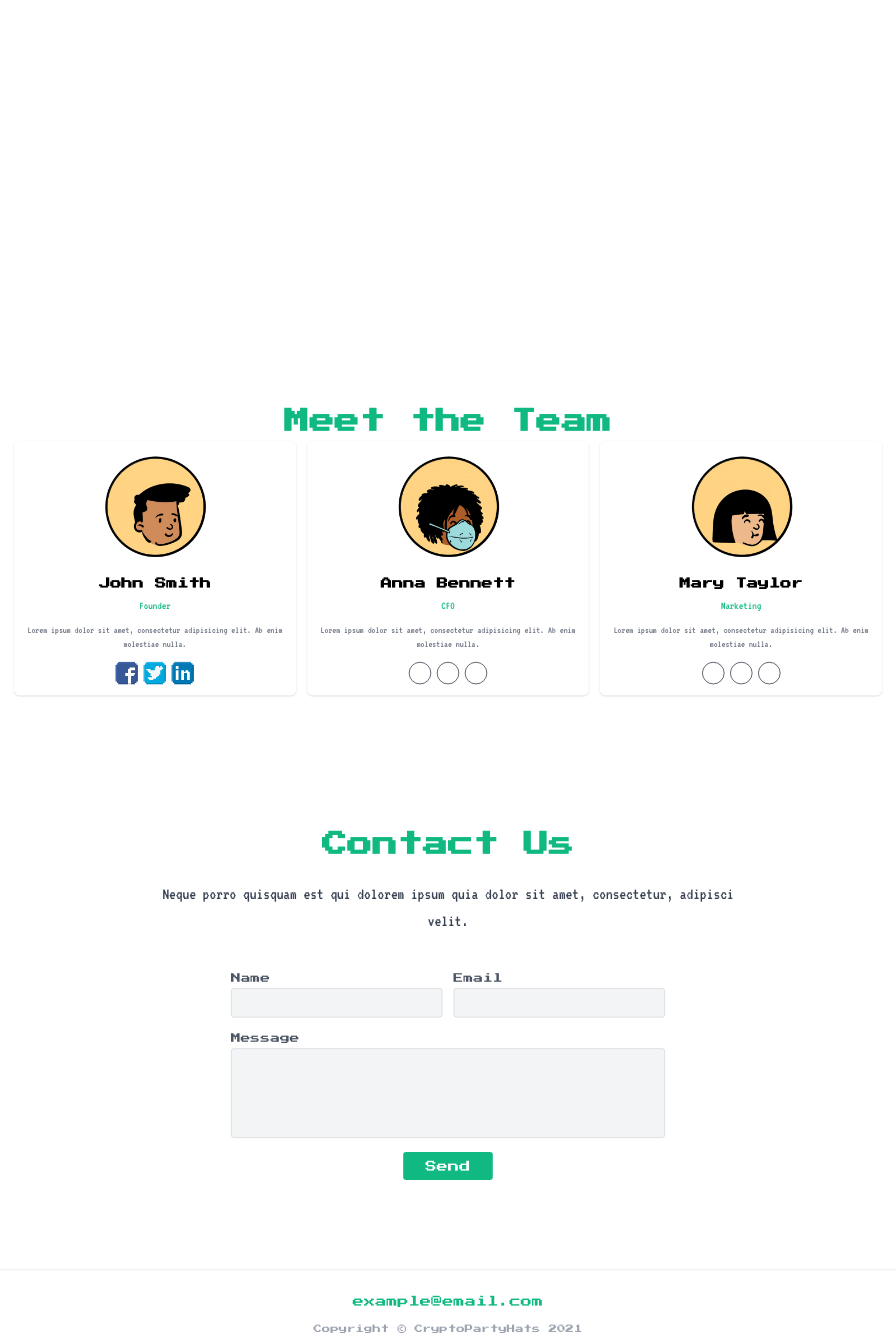
Repository: rhinorphan/phat-landing-page
Page: /
The author's editor kept a copy of each file at every save. The page is drawn from the files as they stood at one save, then again after the next save.
The browser window is 1280 px wide. The pictures show the part of the page from y = 2192 to 4112 px (the page is 4174 px tall), at 70% of full size.
Pictures or frames that could not be fetched are drawn as grey boxes. The project was rebuilt for these pictures with package versions that can differ from the ones it lists, and the page was loaded fresh each time. Also part of the build but not shown: craco.config.js.

Above is the page before, as saved 2021-11-17 23:15:19.

After the next save:
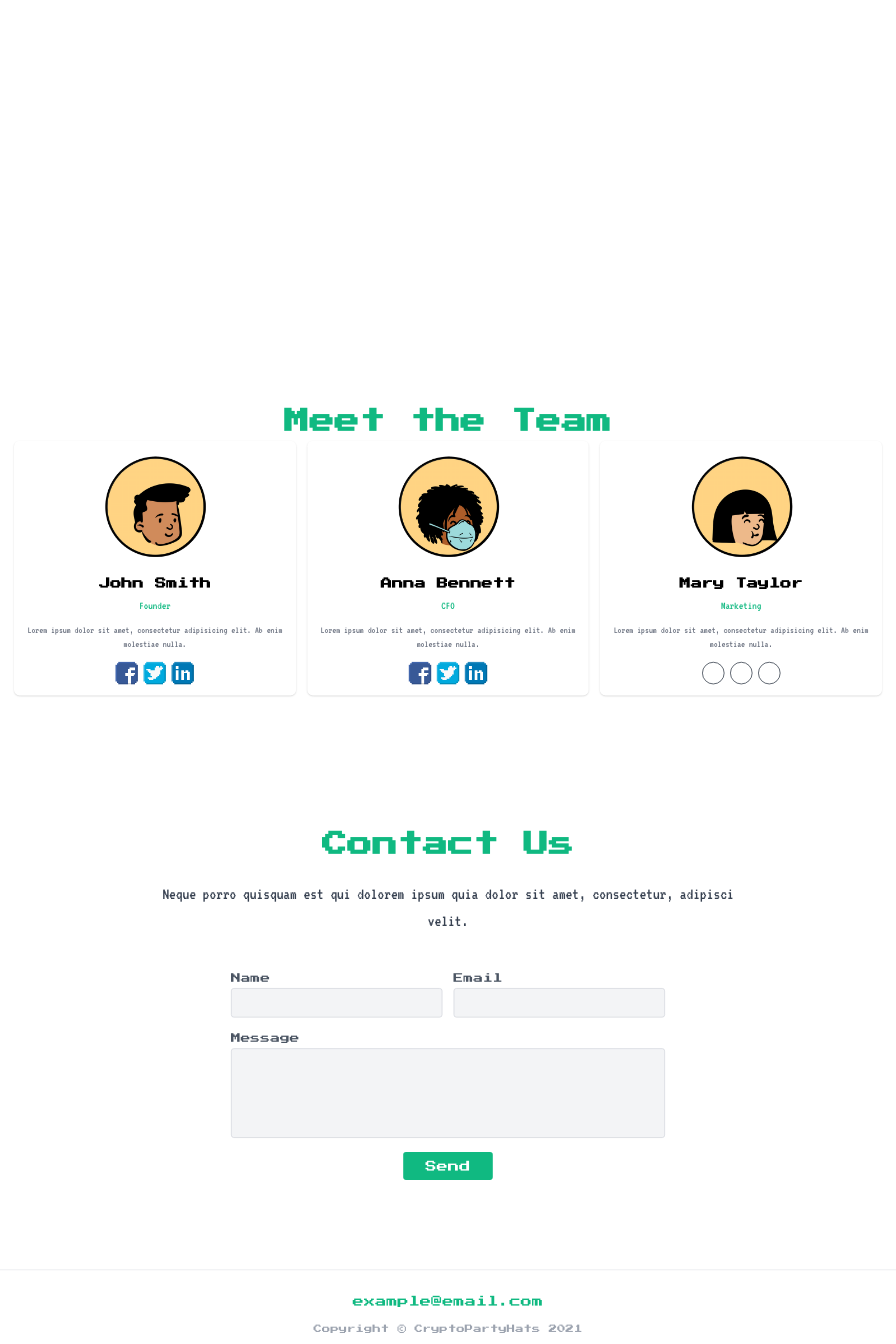
Saved 95 s later.
--- a/src/components/About.js
+++ b/src/components/About.js
@@ -59,18 +59,18 @@ function About() {
 
 				<ul class="flex flex-row mt-4 space-x-2">
 					<li>
-						<a href="" class="flex items-center justify-center h-8 w-8 border rounded-full text-gray-800 border-gray-800">
-							<i class="fab fa-facebook"></i>
+						<a href="" class="flex items-center justify-center h-8 w-8">
+							<img src={`${process.env.PUBLIC_URL}/assets/images/fb.png`}class=""/>
 						</a>
 					</li>
 					<li>
-						<a href="" class="flex items-center justify-center h-8 w-8 border rounded-full text-gray-800 border-gray-800">
-							<i class="fab fa-twitter"></i>
+          <a href="" class="flex items-center justify-center h-8 w-8">
+							<img src={`${process.env.PUBLIC_URL}/assets/images/twitter.png`}class=""/>
 						</a>
 					</li>
 					<li>
-						<a href="" class="flex items-center justify-center h-8 w-8 border rounded-full text-gray-800 border-gray-800">
-							<i class="fab fa-instagram"></i>
+          <a href="" class="flex items-center justify-center h-8 w-8">
+							<img src={`${process.env.PUBLIC_URL}/assets/images/linkedin.png`}class=""/>
 						</a>
 					</li>
 				</ul>
